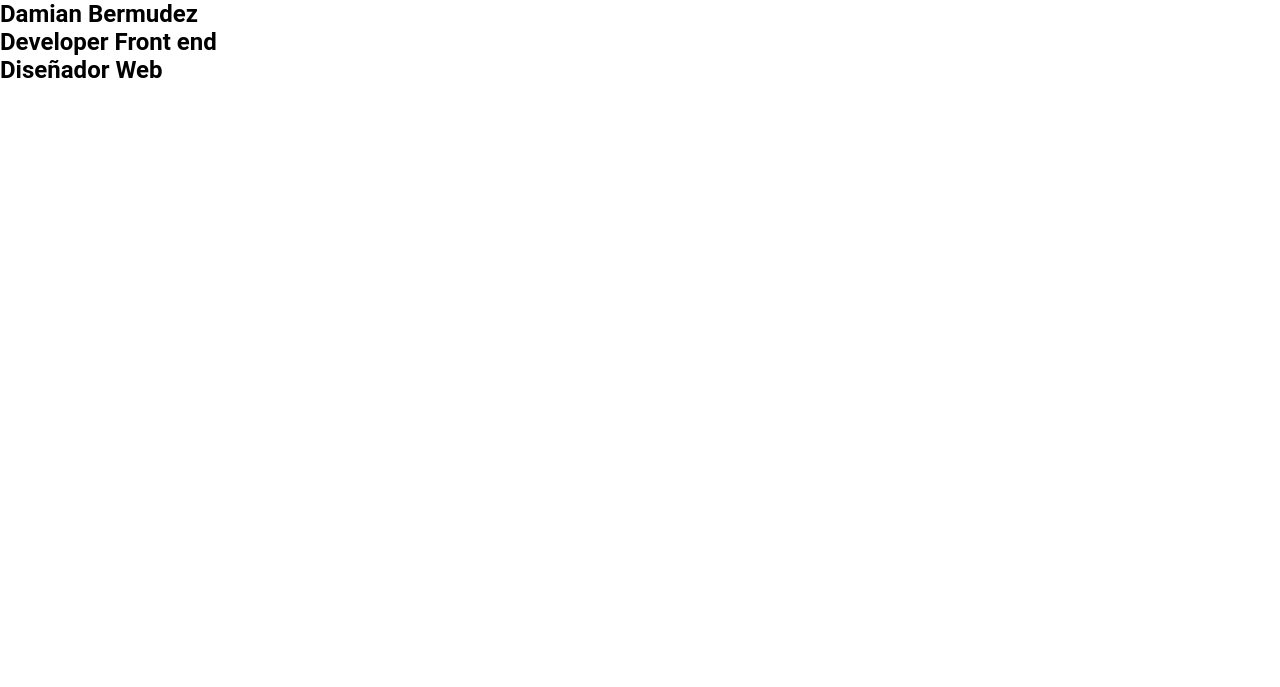
Repository: DamianBermudez94/curso-css3
Page: lading-page-animada/index.html
An editor plug-in stored every save of this project. The page is shown before and after the next save, followed by the edit.
The browser window is 1280 px wide. The pictures show the whole page.

Above is the page before, as saved 2024-06-27 18:08:33.

After the next save:
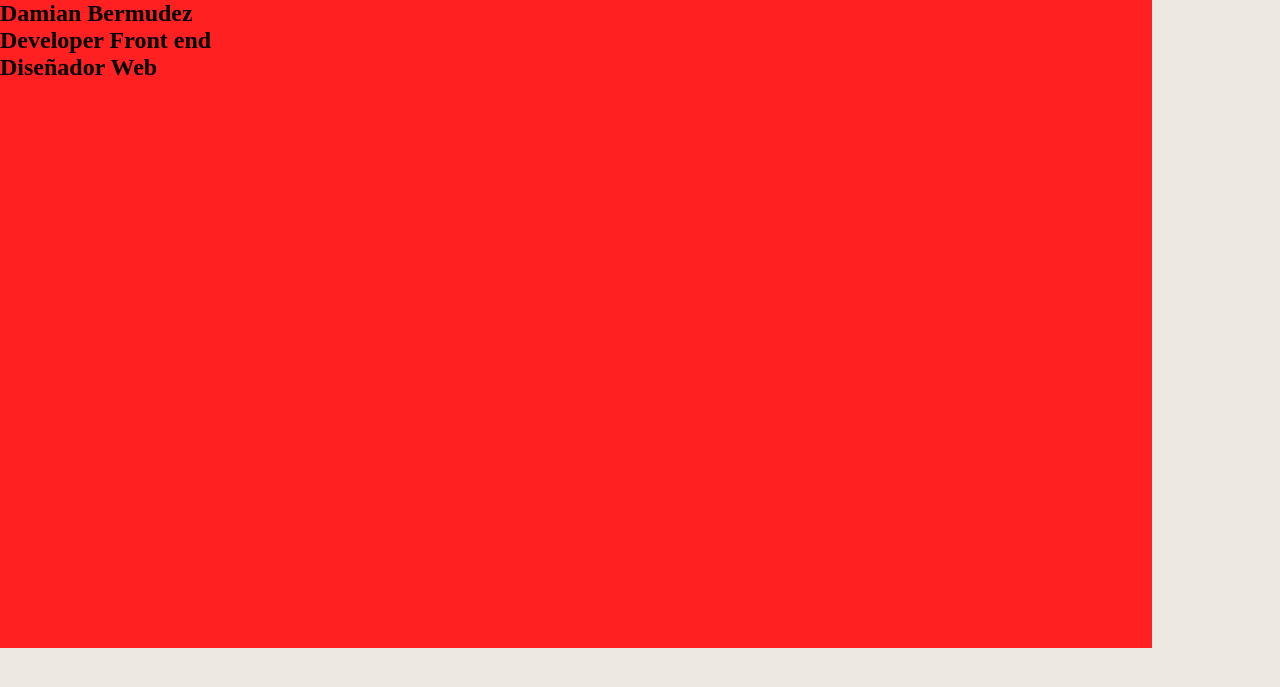
Saved 11 s later.
--- a/lading-page-animada/index.html
+++ b/lading-page-animada/index.html
@@ -4,7 +4,7 @@
     <meta charset="UTF-8" />
     <meta name="viewport" content="width=device-width, initial-scale=1.0" />
     <title>Lading Page</title>
-    <link rel="stylesheet" href="./background/estilos.css" />
+    <link rel="stylesheet" href="./estilos.css" />
     <link rel="preconnect" href="https://fonts.googleapis.com" />
     <link rel="preconnect" href="https://fonts.gstatic.com" crossorigin />
     <link
